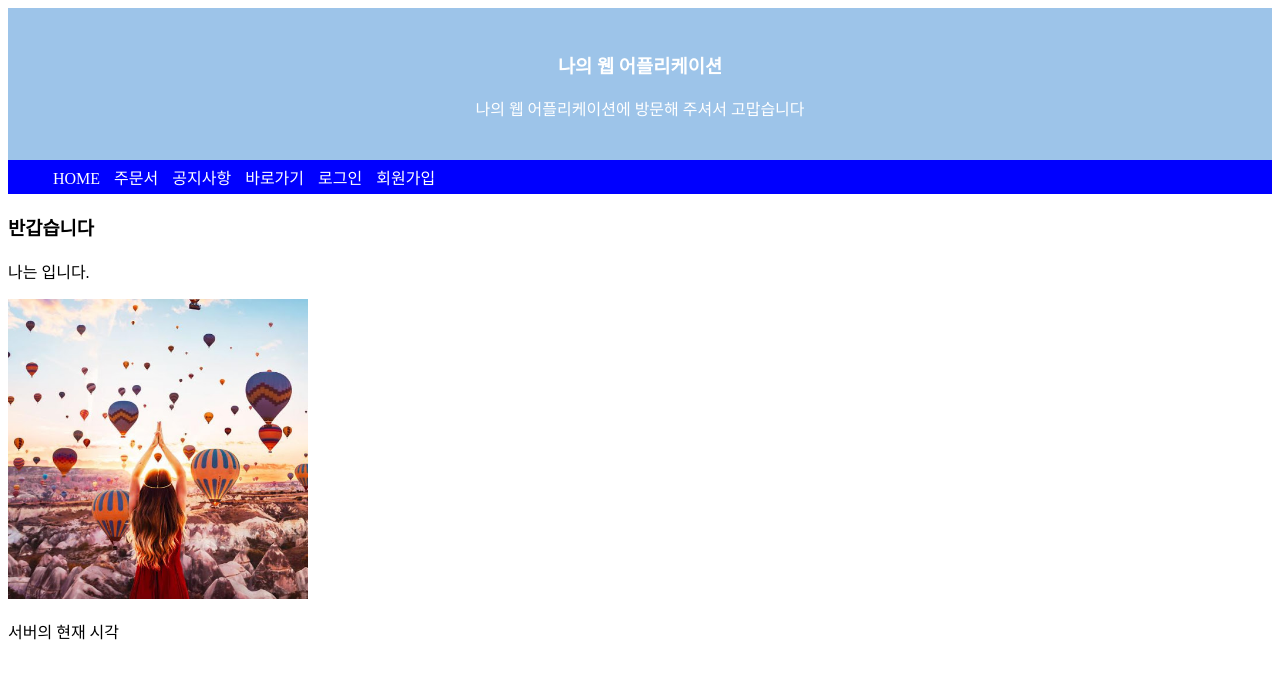
Repository: haetsalshin/Biz_506_2020_07_SpringMVC
Page: http://localhost/SpMVC_001_Order/WEB-INF/views/home2.jsp
An editor plug-in stored every save of this project. The page is shown before and after the next save, followed by the edit.
The browser window is 1280 px wide. The pictures show the whole page.
The page is served by Tomcat 9. Nobody is signed in. The template is opened directly, without the code that normally fills it, so the values that code supplies are empty.

Above is the page before, as saved 2020-07-30 02:09:59.

After the next save:
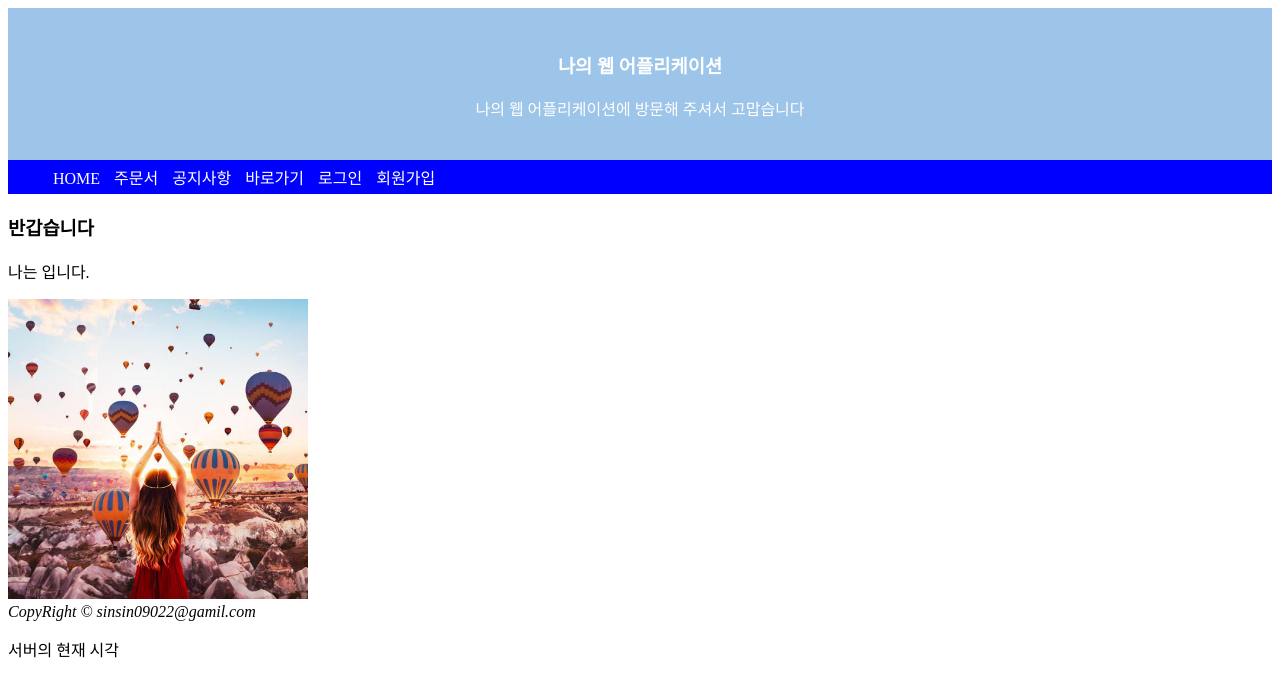
Saved 47 s later.
--- a/SpMVC_001_Order/src/main/webapp/WEB-INF/views/home2.jsp
+++ b/SpMVC_001_Order/src/main/webapp/WEB-INF/views/home2.jsp
@@ -26,6 +26,11 @@
 
 
 	</section>
+
+	<footer>
+		<address>CopyRight &copy; sinsin09022@gamil.com</address>
+	</footer>
+
 	<p>서버의 현재 시각 ${serverTime}</p>
 </body>
 </html>
